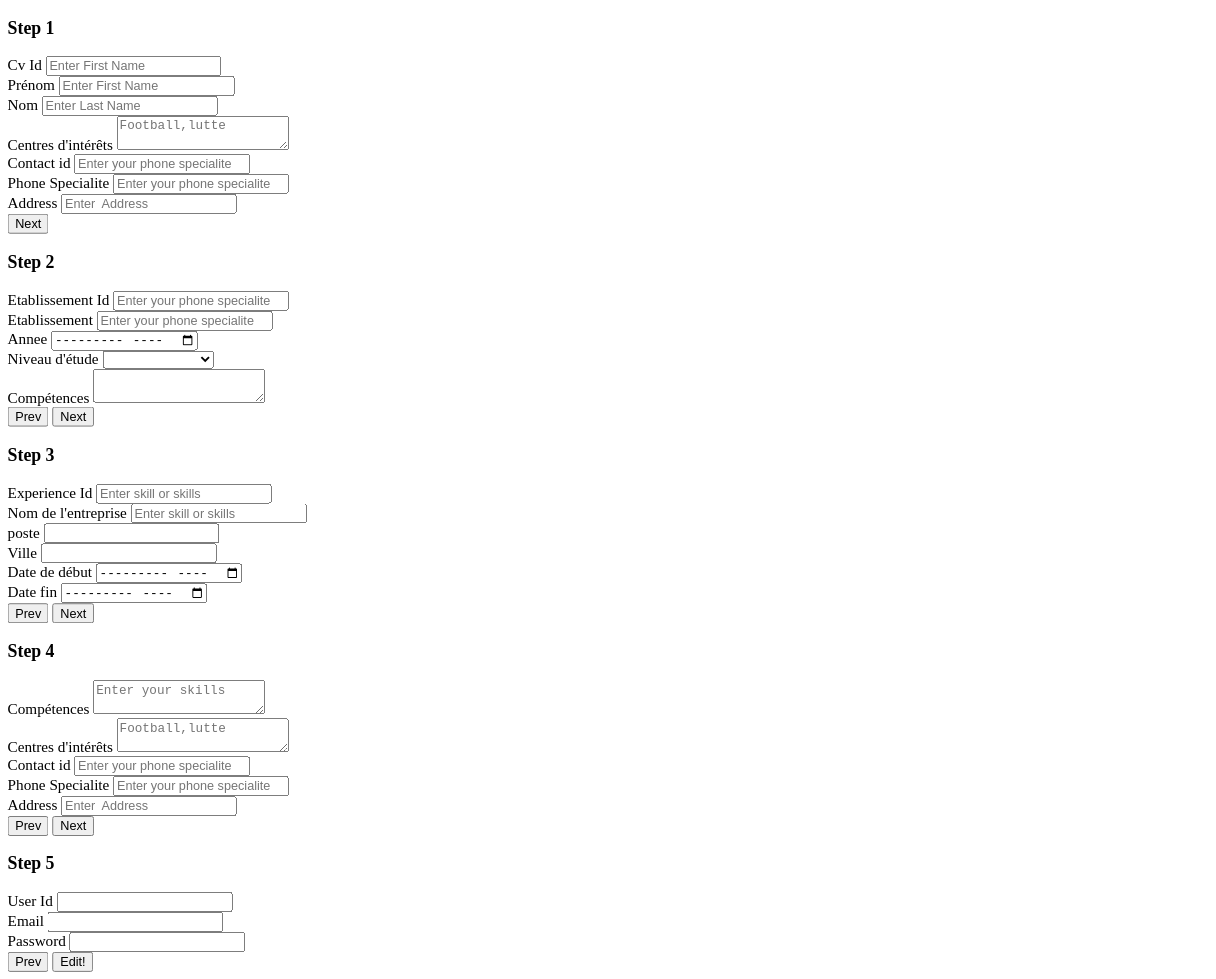
Repository: moAllElite/Examen-EJB-WEB-EAR
Page: http://localhost/SearchJobsWeb/views/edit/form.jsp
The author's editor kept a copy of each file at every save. The page is drawn from the files as they stood at one save, then again after the next save.
The browser window is 1280 px wide. The pictures show the whole page, at 95% of full size.
The page is served by Tomcat 9. Nobody is signed in. The application's start-up code is not run. Other server files are loaded and not shown. The template is opened directly, without the code that normally fills it, so the values that code supplies are empty.

Above is the page before, as saved 2023-03-27 00:47:26.

### SearchJobsWeb/src/main/webapp/views/edit/form.jsp
<%@ page language="java" contentType="text/html; charset=ISO-8859-1"
    pageEncoding="ISO-8859-1"%>
<!DOCTYPE html>
<html>
<head>
<meta charset="ISO-8859-1">
<title>Insert title here</title>
</head>
<body>
	  <div class="row setup-content" id="step-1">
            <div class="col-xs-12">
                <div class="col-md-12">
                    <h3> Step 1</h3>
                       <div class="form-group">
                        <label class="control-label">Cv Id</label>
                        <input value='${cv.id}'  type="number" name="cv_id" readonly="readonly" class="form-control" placeholder="Enter First Name"  />
                    </div>
                    <div class="form-group">
                        <label class="control-label">Prénom</label>
                        <input value='${cv.prenom}'  type="text" name="nom" required="required" class="form-control" placeholder="Enter First Name"  />
                    </div>
                    <div class="form-group">
                        <label class="control-label">Nom</label>
                        <input name="prenom" value='${ cv.nom}' type="text" required="required" class="form-control" placeholder="Enter Last Name" />
                    </div>
                    <div class="form-group">
                        <label class="control-label">Centres d'intérêts</label>
                        <textarea name="interets" maxlength="200" value="" type="text" required="required" class="form-control" placeholder="Football,lutte" >${cv.interets}</textarea>
                    </div>
                    <div class="form-group">
                        <label class="control-label">Contact id</label>
                        <input name="contact_id" value='${contact.id}' type="id" readonly="readonly"  class="form-control" placeholder="Enter your phone specialite"  required="required"/>
                    </div>
                      <div class="form-group">
                        <label class="control-label">Phone Specialite</label>
                        <input name="telephone" value='${contact.telephoneSpecialite}' type="tel"  class="form-control" placeholder="Enter your phone specialite"  required="required"/>
                    </div>
                    <div class="form-group">
                        <label class="control-label"> Address</label>
                        <input name="adresse" value='${contact.adresse }' type="text" required="required" class="form-control" placeholder="Enter  Address"  />
                    </div>
                    <button class="btn btn-primary nextBtn btn-lg pull-right" type="button" >Next</button>
                </div>
            </div>
        </div>
        <div class="row setup-content" id="step-2">
            <div class="col-xs-12">
                <div class="col-md-12">
                    <h3> Step 2</h3>
                      <div class="form-group">
                        <label class="control-label">Etablissement Id</label>
                        <input name="ecole_id" value='<c:out value="${form.id}"></c:out>'	type="number" readonly="readonly"	required="required" class="form-control" placeholder="Enter your phone specialite" />
                    </div>
                    <div class="form-group">
                        <label class="control-label">Etablissement</label>
                        <input name="ecole" value='${form.ecole}'	type="text" required="required" class="form-control" placeholder="Enter your phone specialite" />
                    </div>
                    <div class="form-group">
                        <label class="control-label"> Annee</label>
                        <input name="annee" value='${form.annee}' type="month" required="required" class="form-control" placeholder="Enter  Address"  />
                    </div>
                  <div class="form-group">
                       <label class="control-label " for="education">Niveau d'étude</label>
						<select id="education"  name="niveauEtude" required="required" class="form-control">
						  <option value="${form.niveauEtude}">${form.niveauEtude}</option>
						  <option value="bac+5">Bac+5 or higher</option>
						  <option value="bac+4">Bac+4</option>
						  <option value="bac+3">Bac+3</option>
						  <option value="bac+2">Bac+2</option>
						  <option value="bac+1">Bac+1</option>
						  <option value="bac">Bac</option>
						</select>
					</div>
					  <div class="form-group">
                        <label class="control-label"> 	Compétences</label>
                        <textarea name="annee"  type="month" required="required" class="form-control"   >${cv.skills }</textarea>
                    </div>
                    <button class="btn btn-default prevBtn btn-lg pull-left" type="button" >Prev</button>
                    <button class="btn btn-primary nextBtn btn-lg pull-right" type="button" >Next</button>
                </div>
            </div>
        </div>
        <div class="row setup-content" id="step-3">
            <div class="col-xs-12">
                <div class="col-md-12">
                    <h3> Step 3</h3>
                     <div class="form-group">
                        <label class="control-label">Experience Id</label>
                        <input name="exp_id" value='${exp.id}' type="text" readonly="readonly" class="form-control" placeholder="Enter skill or skills" />
                    </div>
                    <div class="form-group">
                        <label class="control-label">Nom de l'entreprise</label>
                        <input name="societe" value='${exp.societe}' type="text" required="required" class="form-control" placeholder="Enter skill or skills" />
                    </div>
                    <div class="form-group">
                        <label class="control-label">poste</label>
                        <input name="poste" class="form-control" value='${exp.poste}' required="required" ></input>
                    </div>
                     <div class="form-group mb-3">
                        <label class="control-label">Ville</label>
	                        <input name="ville" class="form-control" ${exp.ville}	type="text"  required="required"></input>
	                 </div>

	                  <div class="form-group mb-3">
	                      <label class="control-label m-3" >Date de début<label>
	                    <input name="datefn" class="form-control m-3" value='${exp.datedb}'  type="month" required="required" ></input>
					</div>
					   <div class="form-group">
						<label class="control-label m-3" >Date fin<label>
                        <input   name="datedb" type="month"	class="form-control m-3" value='${exp.datefn}'	 required="required"></input>
                    </div>
                    <button class="btn btn-default prevBtn btn-lg pull-left" type="button" >Prev</button>
                    <button class="btn btn-primary nextBtn btn-lg pull-right" type="button" >Next</button>
                </div>
            </div>
        </div>
         <div class="row setup-content" id="step-4">
            <div class="col-xs-12">
                <div class="col-md-12">
                    <h3> Step 4</h3>
                      <div class="form-group">
                        <label class="control-label">Compétences</label>
                        <textarea name="skills" type="text" class="form-control" placeholder="Enter your skills" required="required" ></textarea>
                    </div>
                    <div class="form-group">
                        <label class="control-label">Centres d'intérêts</label>
                        <textarea name="interets" maxlength="200" value="" type="text" required="required" class="form-control" placeholder="Football,lutte" >${cv.interets}</textarea>
                    </div>
                    <div class="form-group">
                        <label class="control-label">Contact id</label>
                        <input name="contact_id" value='${contact.id}' type="id" readonly="readonly"  class="form-control" placeholder="Enter your phone specialite"  required="required"/>
                    </div>
                      <div class="form-group">
                        <label class="control-label">Phone Specialite</label>
                        <input name="telephone" value='${contact.telephoneSpecialite}' type="tel"  class="form-control" placeholder="Enter your phone specialite"  required="required"/>
                    </div>
                    <div class="form-group">
                        <label class="control-label"> Address</label>
                        <input name="adresse" value='${contact.adresse }' type="text" required="required" class="form-control" placeholder="Enter  Address"  />
                    </div>
                    <button class="btn btn-default prevBtn btn-lg pull-left" type="button" >Prev</button>
                    <button class="btn btn-primary nextBtn btn-lg pull-right" type="button" >Next</button>
                </div>
            </div>
        </div>
        <div class="row setup-content" id="step-5">
        <div class="col-xs-12">
            <div class="col-md-12">
                    <h3> Step 5</h3>
                       <div class="form-group">
                        <label class="control-label">User Id</label>
                        <input name="user_id" maxlength="200" type="number"   value='${user.id}'  readonly="readonly" class="form-control" placeholder="${user.id}" />
                    </div>
                   <div class="form-group">
                        <label class="control-label">Email</label>
                        <input name="email" maxlength="200" type="email"   value='${user.email}'  readonly="readonly" class="form-control" placeholder="${user.email}" />
                    </div>
                    <div class="form-group">
                        <label class="control-label">Password</label>
                        <input name="password"    value='${user.password}'  class="form-control" required="required"  placeholder="${user.password}" />
                    </div>
                    <button class="btn btn-default prevBtn btn-lg pull-left" type="button" >Prev</button>
                    <button class="btn btn-success btn-lg pull-right" type="submit">Edit!</button>
                </div>
            </div>
        </div>
</body>
</html>

After the next save:
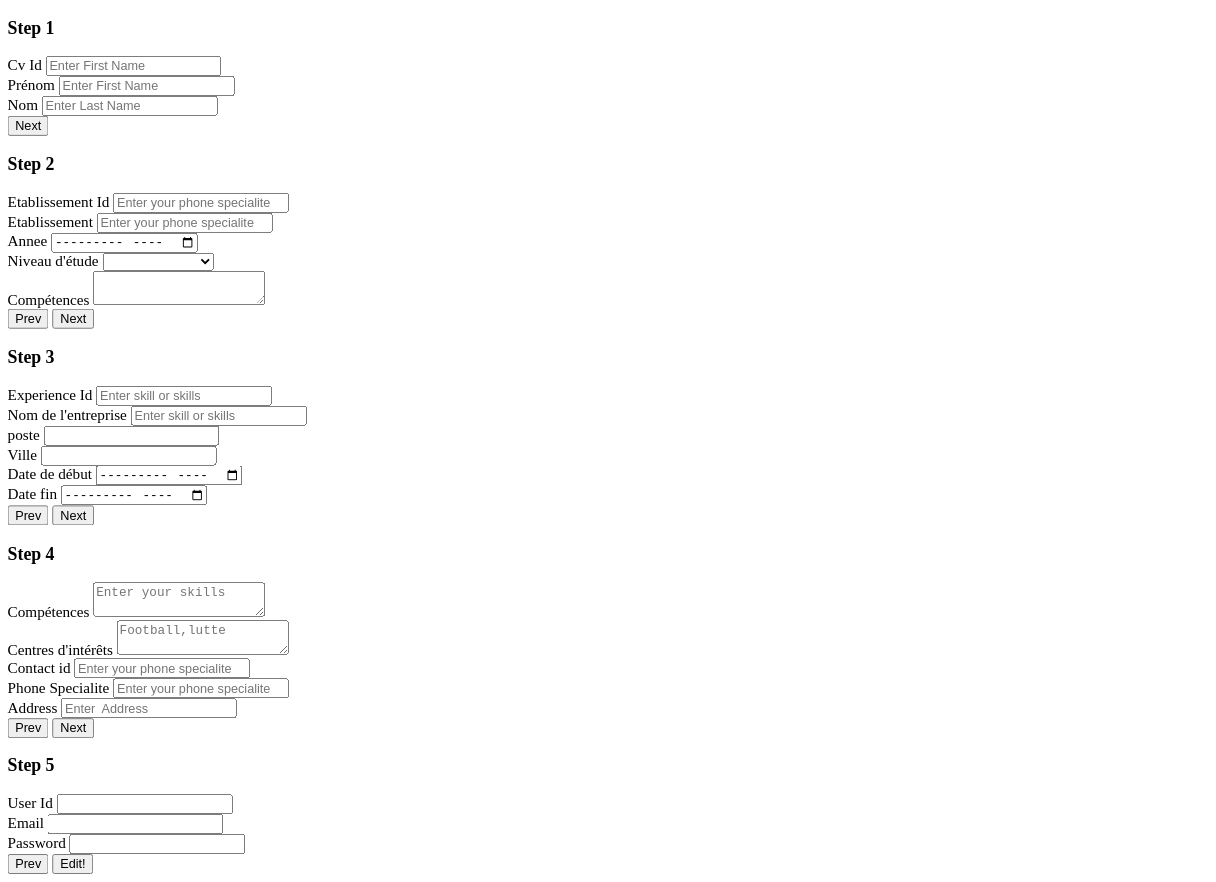
Saved 45 s later.
--- a/SearchJobsWeb/src/main/webapp/views/edit/form.jsp
+++ b/SearchJobsWeb/src/main/webapp/views/edit/form.jsp
@@ -23,22 +23,7 @@
                         <label class="control-label">Nom</label>
                         <input name="prenom" value='${ cv.nom}' type="text" required="required" class="form-control" placeholder="Enter Last Name" />
                     </div>
-                    <div class="form-group">
-                        <label class="control-label">Centres d'intérêts</label>
-                        <textarea name="interets" maxlength="200" value="" type="text" required="required" class="form-control" placeholder="Football,lutte" >${cv.interets}</textarea>
-                    </div>
-                    <div class="form-group">
-                        <label class="control-label">Contact id</label>
-                        <input name="contact_id" value='${contact.id}' type="id" readonly="readonly"  class="form-control" placeholder="Enter your phone specialite"  required="required"/>
-                    </div>
-                      <div class="form-group">
-                        <label class="control-label">Phone Specialite</label>
-                        <input name="telephone" value='${contact.telephoneSpecialite}' type="tel"  class="form-control" placeholder="Enter your phone specialite"  required="required"/>
-                    </div>
-                    <div class="form-group">
-                        <label class="control-label"> Address</label>
-                        <input name="adresse" value='${contact.adresse }' type="text" required="required" class="form-control" placeholder="Enter  Address"  />
-                    </div>
+
                     <button class="btn btn-primary nextBtn btn-lg pull-right" type="button" >Next</button>
                 </div>
             </div>
